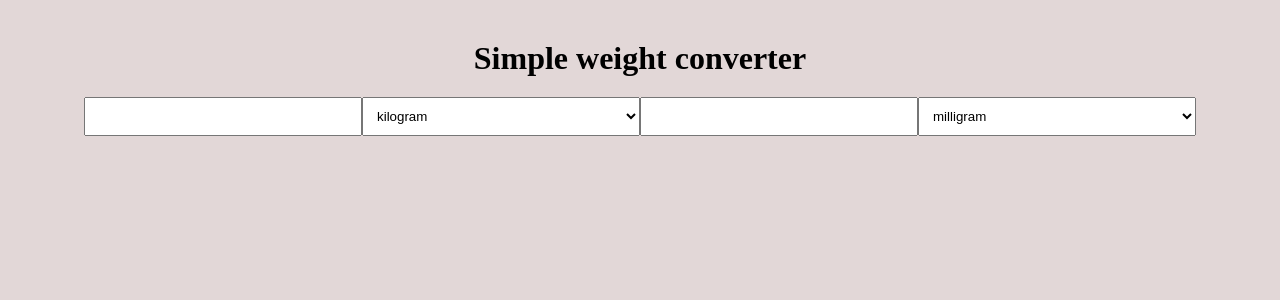
Repository: Eugene44-hub/weight-converter
Page: index.html
These files come from the project's save history. The page is drawn as it stood at one moment and after a run of saves; the edit follows.
The browser window is 1280 px wide. The pictures show the whole page.

Above is the page before, as saved 2021-09-20 05:04:27.

After the next 4 saves:
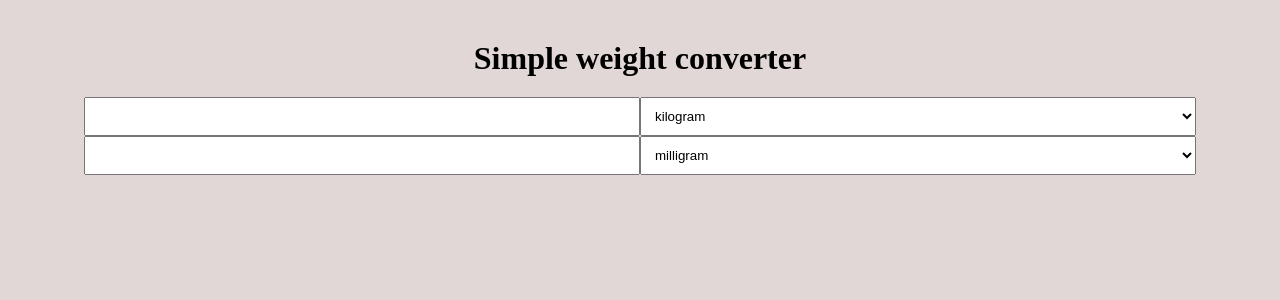
The 4 saves are shown as one change because they came seconds apart.
The last was saved 13 s later.
--- a/style.css
+++ b/style.css
@@ -33,5 +33,5 @@ select {
 
 select,
 input {
-    flex: 20%;
+    flex: 40%;
 }
